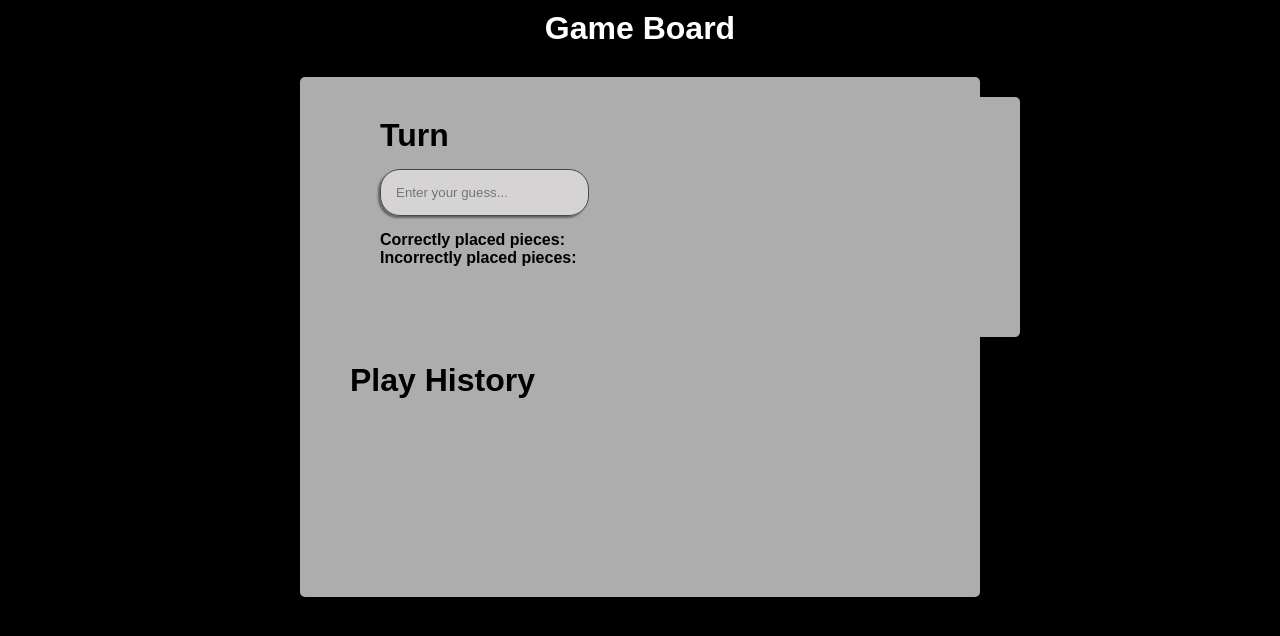
Repository: programmer686/Mastermind-with-Next.js
Page: /, after clicking the first element matching `button.StartScreen_51d34_startscreen__play_button`
These files come from the project's save history. The page is drawn as it stood at one moment and after the next save; the edit follows.
The browser window is 1280 px wide. The pictures show the whole page.
The project was rebuilt for these pictures with package versions that can differ from the ones it lists, and the page was loaded fresh each time. The framework's server and built-in components were replaced by stand-ins that run in the browser. Also part of the build but not shown: next.config.js, src/styles/StartScreen.module.css.

Above is the page before, as saved 2023-07-18 19:48:57.

### src/pages/index.js

import Head from 'next/head'
import Image from 'next/image'
import { Inter } from 'next/font/google'
import styles from '@/styles/Home.module.css'
import StartScreen from '@/comps/StartScreen'
import { useState } from 'react'
import GameBoard from '@/comps/GameBoard'

const inter = Inter({ subsets: ['latin'] })

export default function Home() {
  const [startGame, setStartGame] = useState(true);

  function handleStart() {
    setStartGame(prev => prev ? prev == false : prev == prev);
  }
  return (
    <>
      <Head>
        <title>Create Next App</title>
        <meta name="description" content="Generated by create next app" />
        <meta name="viewport" content="width=device-width, initial-scale=1" />
        <link rel="icon" href="/favicon.ico" />
      </Head>
     <main className={styles.index__body}>
        {startGame ? <StartScreen handleStart={handleStart}/> : <GameBoard/>}
     </main>
    </>
  )
}

### src/styles/Home.module.css


.index__body {
  margin: 0;
  padding: 0;
  box-sizing: border-box;
  width: 100vw;
  height: 100vh;
  background-color: black;
}

### src/comps/StartScreen.js
import styles from '@/styles/StartScreen.module.css'

export default function StartScreen(props) {
    return (
        <main className={styles.startscreen__body}>
            <p className={styles.startscreen__game_name}>Mastermind Game</p>
            <button onClick={props.handleStart} className={styles.startscreen__play_button}>Play Game</button>
        </main>
    )
}

### src/comps/GameBoard.js
import styles from '@/styles/GameBoard.module.css'
import PastPlay from './PastPlay'
import GamePlay from './GamePlay'
import { useState } from 'react'
import StartScreen from './StartScreen'

export default function GameBoard() {





    return (
        <main>
            <div className={styles.GameBoard__header}>
                <h1 className={styles.GameBoard__name}>Game Board</h1>
            </div>
            <div className={styles.GameBoard__body}>
                {/* <PastPlay playHistory={playHistory}/> */}
                <GamePlay/>
            </div>
        </main>
    )

}

### src/styles/GameBoard.module.css
.GameBoard__header {
    width: 100%;
    padding: 10px 0px;
    text-align: center;
}

.GameBoard__body {
    width: 100%;
    padding: 20px 0px;
    display: flex;
    justify-content: space-around;
    align-items: center;
}

.GameBoard__name {
    font-weight: bolder;
    font-family: Arial, Helvetica, sans-serif;
    color: white;
}

.GameBoard__tomany {
    font-weight: 700;
    font-weight: bolder;
    font-family: Arial, Helvetica, sans-serif;
    color: red;
}

### src/comps/PastPlay.js
import styles from '@/styles/PastPlay.module.css'

export default function PastPlay(props) {

    const pastPlayHistory = props.playHistory.map(item => {
        return (
        <main>
            <div className={styles.PastPlay__results_body}>
                <p className={styles.PastPlay__name}>Correctly placed pieces: {item[0]}</p>
                <p className={styles.PastPlay__name}>Incorrectly placed pieces: {item[1]}</p>
            </div>
        </main>
        )
    })


    return (
        <main className={styles.PastPlay__board}>
            <h1 className={styles.PastPlay__name}>Play History</h1>
            {pastPlayHistory}
        </main>
    )
}

### src/comps/GamePlay.js
import styles from '@/styles/GamePlay.module.css'
import { useState } from 'react';
import Logic from './Logic';
import Results from './Results';
import PastPlay from './PastPlay';

export default function GamePlay(props) {
    const [userInput, setUserInput] = useState("")
    const [guessResults, setGuessResult] = useState([]);
    const [playHistory, setPlayHistory] = useState([]);

    function getUserValue(event) {
        if (!(/[a-zA-Z]/gi.test(event.target.value)) && event.target.value.length <= 4) {
            setUserInput(event.target.value);
        }
    }


  function submitUserInput(event) {
    if (event.key === "Enter") {
        event.preventDefault();
        setUserInput(userInput);
        let results = Logic(userInput, '1234');
        setGuessResult(results);
        setPlayHistory(prev => [...prev, results])
    }
  };

    return (
        <main className={styles.GamePlay__board}>
            <div className={styles.GamePlay__board }>
                <h1 className={styles.GamePlay__title}>Turn</h1>
                <form>
                    <input
                        className={styles.GamePlay__userInput_btn}
                        value={userInput}
                        id="user_input"
                        type="text"
                        onChange={getUserValue}
                        onKeyDown={submitUserInput}
                        placeholder="Enter your guess..."
                    />
                </form>
                <Results correctly_placed={guessResults[0]} incorretly_placed={guessResults[1]}/>
            </div>

         <PastPlay playHistory={playHistory}/>

        </main>
    )
}

### src/styles/PastPlay.module.css
.PastPlay__board {
    max-width: 300px;
    border-radius: 5px;
    min-height: 200px;
    background: rgb(173, 173, 173);
    padding: 20px 10px;
}

.PastPlay__results_body {
    padding: 10px 5px;
    width: fit-content;
    border-bottom: 1px solid black;
}

.PastPlay__name {
    margin: 5px 0px;
    font-weight: bolder;
    font-family: Arial, Helvetica, sans-serif;

    color: black;
}

### src/styles/GamePlay.module.css
.GamePlay__board {
    padding: 20px 40px;
    width: 600px;
    border-radius: 5px;
    min-height: 200px;
    background: rgb(173, 173, 173);
}

.GamePlay__title {
    font-weight: bolder;
    font-family: Arial, Helvetica, sans-serif;
    color: black;
}

.GamePlay__error {
    font-size: 14px;
    font-weight: bolder;
    font-family: Arial, Helvetica, sans-serif;
    color: red;
}

.GamePlay__userInput_btn {
    background: rgba(245, 241, 241, 0.568)0000;
    padding: 15px;
    margin: 15px 0px;
    border: 1px solid rgb(73, 73, 73);
    box-shadow: -2px 2px 2px rgb(99, 99, 99);
    border-radius: 20px;
}

### src/comps/Logic.js
export default function Logic(user_input, code) {
    let right_placed_pieces = 0;
    let wrong_placed_pieces = 0;

    for (let i = 0; i < 4; i++) {
        let indexCode = code.indexOf(code[i]);
        let indexUser = code.indexOf(user_input[i]);

        if (code.includes(user_input[i]) && indexCode == indexUser) {
            right_placed_pieces++;
        } else if (code.includes(user_input[i]) ) {
            wrong_placed_pieces++;
        }
    }

    return [right_placed_pieces, wrong_placed_pieces];
}

### src/comps/Results.js
import styles from '@/styles/Results.module.css'

export default function Results(props) {
    return (
        <main>
            <p className={styles.Results__p_results}>Correctly placed pieces: {props.correctly_placed}</p>
            <p className={styles.Results__p_results}>Incorrectly placed pieces: {props.incorretly_placed}</p>
        </main>
    )
}

### src/styles/Results.module.css
.Results__p_results {
    font-weight: 700;
    font-weight: bolder;
    font-family: Arial, Helvetica, sans-serif;
}

Loaded but not shown: src/pages/_app.js (common file); src/pages/_document.js (common file); src/styles/globals.css (common file)

After the next save:
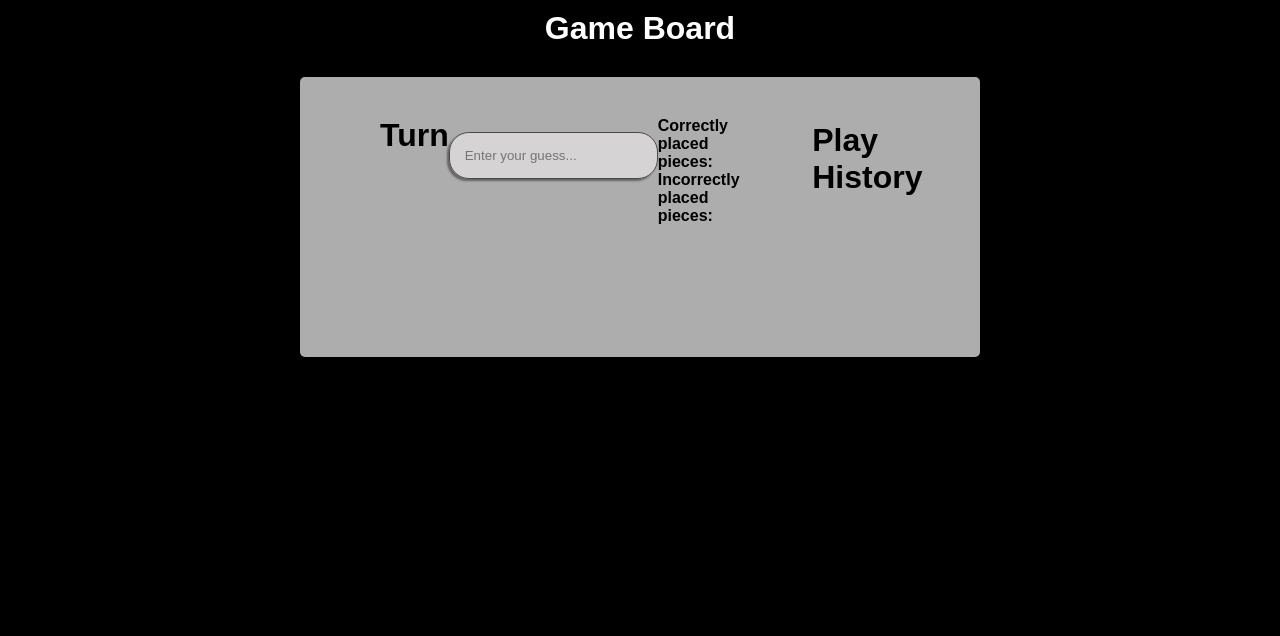
Saved 20 s later.
--- a/src/styles/GamePlay.module.css
+++ b/src/styles/GamePlay.module.css
@@ -1,3 +1,7 @@
+.GamePlay__board {
+    display: flex;
+}
+
 .GamePlay__board {
     padding: 20px 40px;
     width: 600px;
